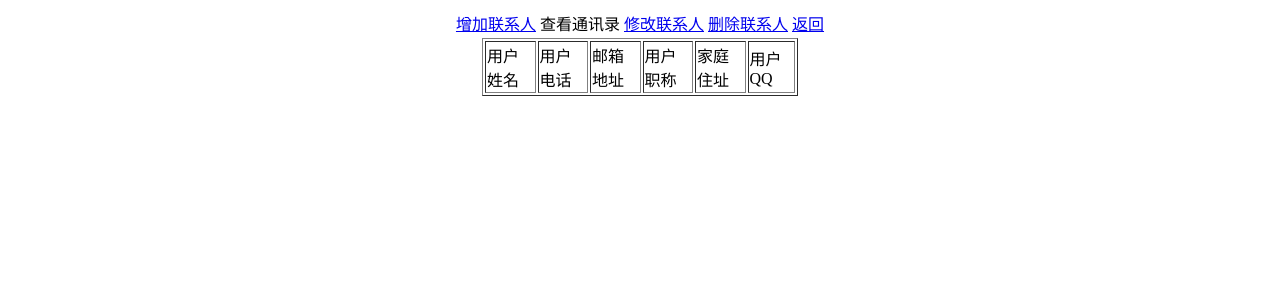
Repository: zy840055899/old-workspace
Page: http://localhost/PIMS/friendManager/lookFriend.jsp
These files come from the project's save history. The page is drawn as it stood at one moment and after the next save; the edit follows.
The browser window is 1280 px wide. The pictures show the whole page.
The page is served by Tomcat 9.

Above is the page before, as saved 2014-03-13 06:48:45.

After the next save:
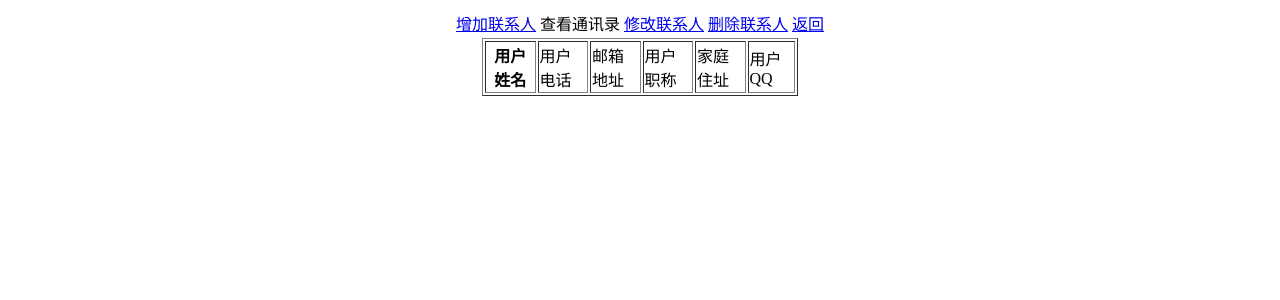
Saved 21 s later.
--- a/PIMS/WebContent/friendManager/lookFriend.jsp
+++ b/PIMS/WebContent/friendManager/lookFriend.jsp
@@ -25,7 +25,7 @@
 <table border="1" width="25%">
 
 <tr>
-<td>用户姓名</td>
+<th>用户姓名</th>
 <td>用户电话</td>
 <td>邮箱地址</td>
 <td>用户职称</td>
